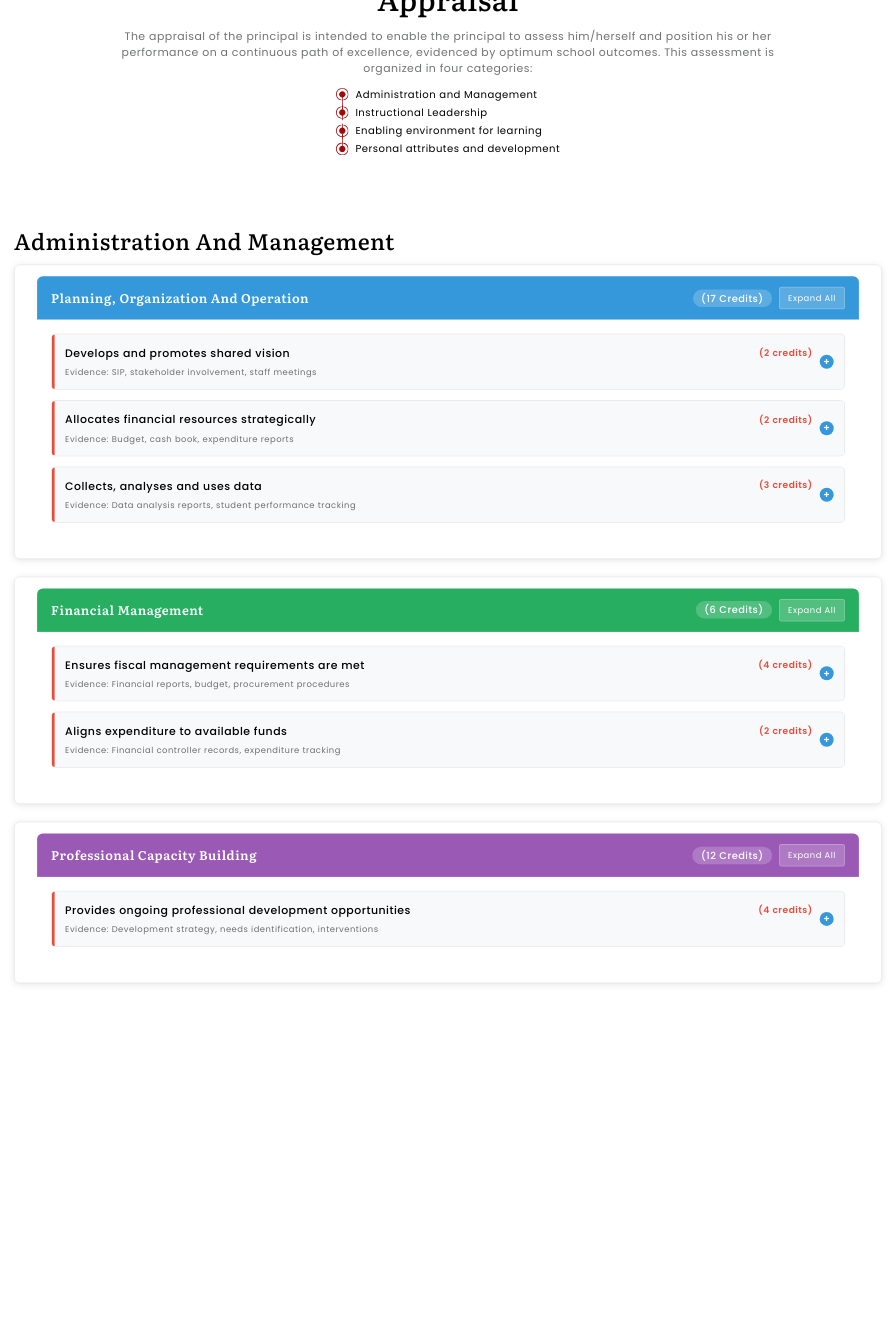
Repository: Dana204/principal-appraisal
Page: /
These files come from the project's save history. The page is drawn as it stood at one moment and after the next save; the edit follows.
The browser window is 1280 px wide. The pictures show the part of the page from y = 554 to 2474 px (the page is 2784 px tall before and 2792 px after), at 70% of full size.
Backgrounds fixed to the window are drawn as part of the page. The project was rebuilt for these pictures with package versions that can differ from the ones it lists, and the page was loaded fresh each time. Also part of the build but not shown: vite.config.js, src/components/ButtonFilled/ButtonFilled.css, src/components/ButtonFilled/ButtonFilled.jsx, src/components/HeroSection/HeroSection.css, src/components/SlidingText/SlidingText.css, src/components/SlidingText/SlidingText.jsx, src/components/HeroSection/HeroSection.jsx, src/components/SectionTitle/SectionTitle.css and 15 more.

Above is the page before, as saved 2025-08-02 09:25:47.

After the next save:
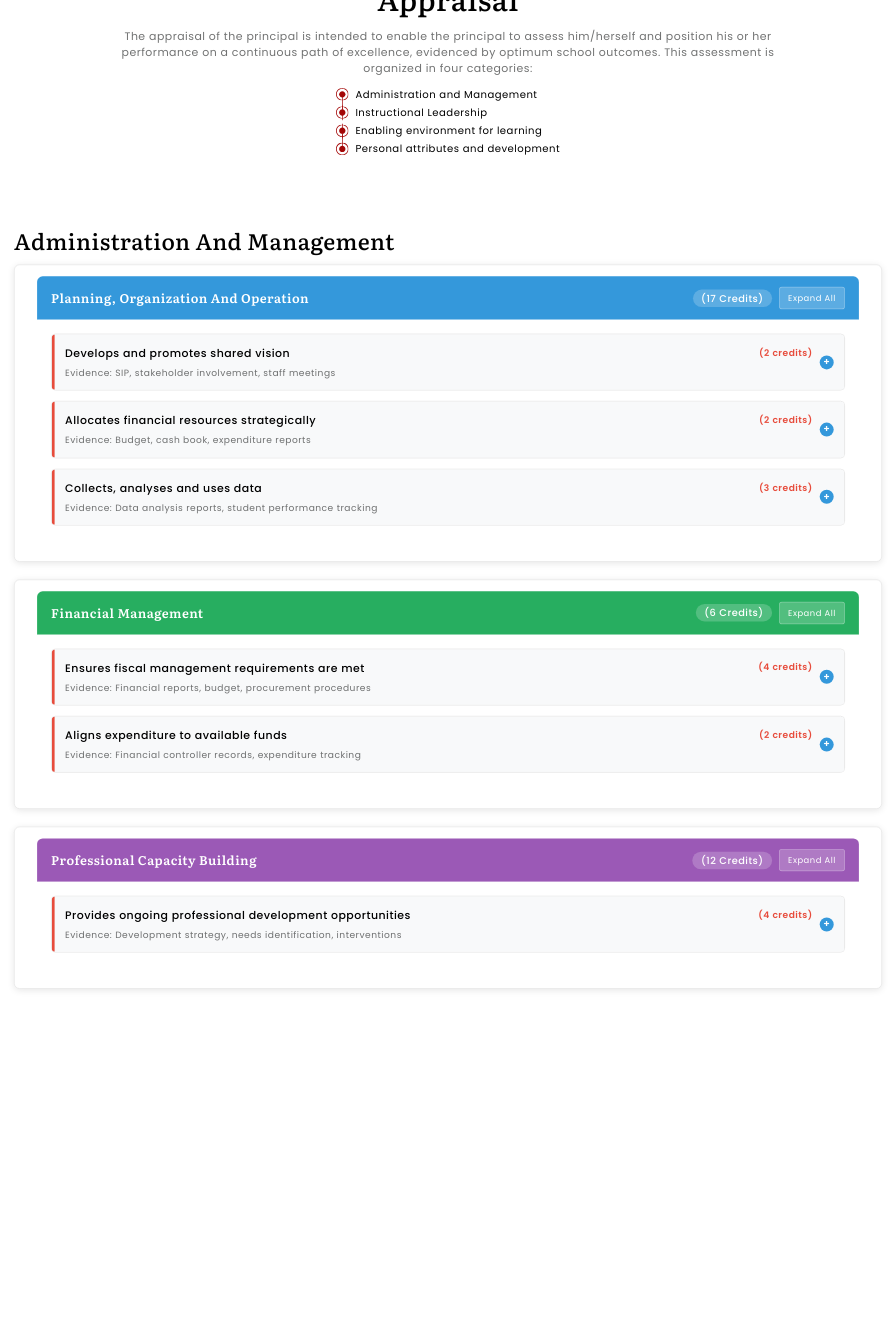
Saved 7 s later.
--- a/src/components/AccordionItem/AccordionItem.css
+++ b/src/components/AccordionItem/AccordionItem.css
@@ -57,7 +57,7 @@
   /* color: #7f8c8d;
   font-size: 12px;
   font-style: italic; */
-  font-size: 12px;
+  font-size: 13px;
   line-height: 1.4;
   padding-right: 30px;
 }
